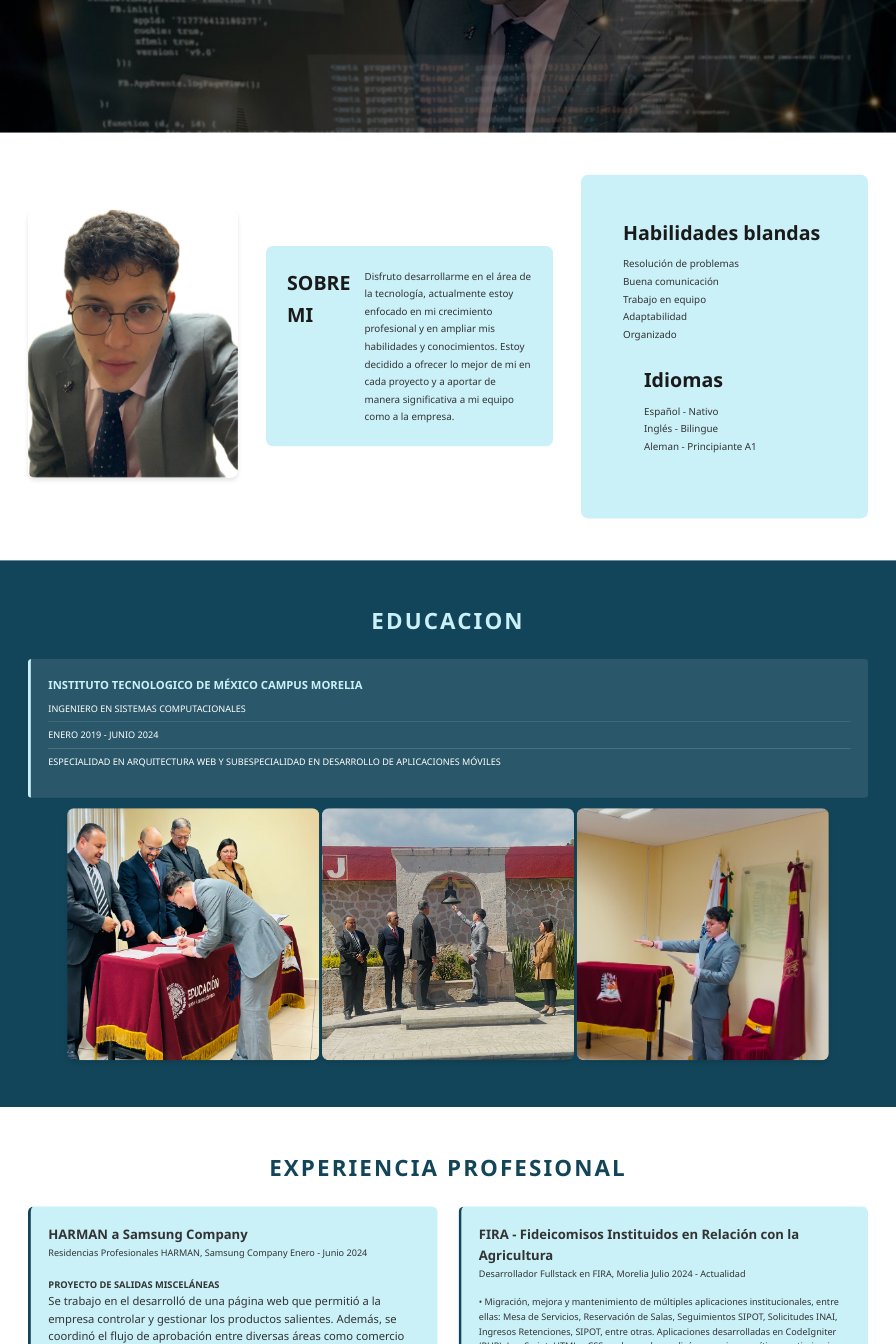
Repository: rafaelsilva2k/mi-portafolio
Page: index.html
These files come from the project's save history. The page is drawn as it stood at one moment and after the next save; the edit follows.
The browser window is 1280 px wide. The pictures show the part of the page from y = 411 to 2331 px (the page is 3414 px tall before and 3313 px after), at 70% of full size.

Above is the page before, as saved 2026-04-17 13:36:27.

### index.html
<!DOCTYPE html>
<html lang="en">
<head>
    <meta charset="UTF-8">
    <meta name="viewport" content="width=device-width, initial-scale=1.0">
    <title>Rafael Fabian Silva Zapien</title>
    <link rel="stylesheet" href="styles.css">
</head>
<body>
    <!-- HEADER: Nombre, Profesión y Menú de Navegación -->
    <header class="header">
        <div class="header-content">
            <div class="logo-section">
                <h1>Rafael Fabian Silva Zapien</h1>
                <p class="profession">INGENIERO EN SISTEMAS COMPUTACIONALES</p>
            </div>

            <nav class="navbar">
                <ul>
                    <li><a href="#sobre-mi">SOBRE MI</a></li>
                    <li><a href="#educacion">EDUCACION</a></li>
                    <li><a href="#experiencia">EXPERIENCIA</a></li>
                    <li><a href="#proyectos">PROYECTOS</a></li>
                    <li><a href="#contacto">CONTACTO</a></li>
                </ul>
            </nav>
        </div>
    </header>

    <!-- HERO SECTION: Imagen grande con texto "Desarrollador Web Fullstack" -->
     <section class="hero">
        <div class="hero-content">
            <h2>Desarrollador Web<br>Fullstack</h2>
        </div>
     </section>

     <!-- SECCIÓN SOBRE MÍ: Foto + Descripción -->
      <section id="sobre-mi" class="sobre-mi">
        <div class="sobre-mi-container">
            <div class="sobre-mi-foto">
                <img src="images/me.png" alt="Rafael Silva">
            </div>
            <div class="sobre-mi-texto">
                <h2>SOBRE MI</h2>
                <p>Disfruto desarrollarme en el área de la tecnología, actualmente estoy enfocado en mi crecimiento profesional y en ampliar mis habilidades y conocimientos. Estoy decidido a ofrecer lo mejor de mi en cada proyecto y a aportar de manera significativa a mi equipo como a la empresa.</p>
            </div>
            <div class="sobre-mi-texto">
                <div class="sobre-mi-habilidades">
                    <h2>Habilidades blandas</h2>
                    <p> Resolución de problemas <br> Buena comunicación <br> Trabajo en equipo  <br> Adaptabilidad <br> Organizado</p>
                <div>
                <div class="sobre-mi-habilidades">
                    <h2>Idiomas</h2>
                    <p>Español - Nativo <br> Inglés - Bilingue <br> Aleman - Principiante A1</p>
                </div>
            </div>
        </div>
      </section>

      <!--Seccion de Educacion-->
      <section id="educacion" class="educacion">
        <h2>EDUCACION</h2>
        <div class="educacion-content">
            <div class="educacion-item">
                <h4>INSTITUTO TECNOLOGICO DE MÉXICO CAMPUS MORELIA</h4>
                <p>INGENIERO EN SISTEMAS COMPUTACIONALES</p>
                <p>ENERO 2019 - JUNIO 2024</p>
                <p>ESPECIALIDAD EN ARQUITECTURA WEB Y SUBESPECIALIDAD EN DESARROLLO DE APLICACIONES MÓVILES</p>
            </div>
            <div class="education-item">
                <div class="education-photos">
                    <img src="images/FirmaTitulacion.jpeg">
                    <img src="images/campanaTitulacion.jpeg">
                    <img src="images/titulacion.jpeg">
                </div>
            </div>
        </div>
      </section>

      <section id="experiencia" class="experiencia">
        <h2>EXPERIENCIA PROFESIONAL</h2>
            <div class="experiencia-content">
                <div class="experiencia-item">
                    <h3>HARMAN a Samsung Company</h3>
                    <p>Residencias Profesionales HARMAN, Samsung Company Enero - Junio 2024 </p><br>
                    <h5>PROYECTO DE SALIDAS MISCELÁNEAS</h5>
                    <p></p>Se trabajo en el desarrolló de una página web que permitió a la empresa
                    controlar y gestionar los productos salientes. Además, se coordinó el flujo de
                    aprobación entre diversas áreas como comercio exterior, logística y seguridad. <br> <br>
                    <h5>PROYECTO COSTO DE BIENES VENDIDOS (COGS)</h5>
                    Se trabajo en la automatización el cálculo de COGS e implementó un módulo
                    que agiliza la obtención de datos para el reporte de COGS, logrando un análisis
                    más detallado y una representación gráfica eficaz de la información.</p>
                </div>
                <div class="experiencia-item">
                    <h3>FIRA - Fideicomisos Instituidos en Relación con la Agricultura</h3>
                    <p>Desarrollador Fullstack en FIRA, Morelia Julio 2024 - Actualidad <br> <br>
                    • Migración, mejora y mantenimiento de múltiples aplicaciones institucionales,
                    entre ellas: Mesa de Servicios, Reservación de Salas, Seguimientos SIPOT,
                    Solicitudes INAI, Ingresos Retenciones, SIPOT, entre otras.
                    Aplicaciones desarrolladas en CodeIgniter (PHP), JavaScript, HTML y CSS,
                    en las cuales realicé correcciones críticas, optimizaciones de rendimiento y
                    mejoras funcionales.
                    Implementación de consumo de APIs internas de FIRA (Capital Humano)
                    cuando fue requerido.
                    Sustitución de vistas de Capital Humano en base de datos por procesos
                    internos más eficientes.
                    Todas las aplicaciones intervenidas fueron migradas a SQL Server 2019. <br>
                    • Desarrollo de un módulo completo dentro de la aplicación Reservación de
                    Salas para la gestión y reservación de cargadores eléctricos para vehículos del
                    personal interno.<br>
                    • Colaboración en la aplicación Siniestralidad, desarrollada originalmente en
                    ASP, la cual fue migrada a SQL Server 2019 y sometida a una limpieza y
                    depuración general. Posteriormente se detectaron fallas en el funcionamiento y
                    realicé los ajustes necesarios para su correcta operación.<br>
                    • Participación en la migración de la aplicación Firma Electrónica, actualizando
                    la plataforma de Java 1.4 a Java 17, así como la migración de Tomcat y todos
                    los cambios estructurales requeridos para garantizar compatibilidad y
                    estabilidad.<br>
                    • Elaboración de documentación técnica detallada para todos los proyectos,
                    facilitando futuras tareas de mantenimiento, soporte y transferencia de
                    conocimiento dentro del equipo. Apoyo adicional en la preparación de
                    documentación para describir cambio</p>
                </div>
            </div>
      </section>

      <!--Seccion de proyectos-->
      <section id="proyectos" class="proyectos">
        <h2>PROYECTOS</h2>
        <div class="proyectos-content">
            <div class="proyectos-item">
                <h4>Primer proyecto</h4>
                <img src="" alt="Proyecto-1-name">
            </div>
            <div class="proyectos-item">
                <h4> Segundo proyecto</h4>
                <img src="" alt="Proyecto-2-name">
            </div>
            <div class="proyectos-item">
                <h4>Tercer proyecto</h4>
                <img src="" alt="proyecto-3-name">
            </div>
        </div>
      </section>

      <section id="contacto" class="contacto">
        <h2>Contacto</h2>
        <div class="contacto-content">
            <p>Email: rafaelsilva2k256@gmail.com</p>
            <p>LinkedIn: <a href="www.linkedin.com/in/rafael-fabian-silva-zapien-a124ba247">Perfil de Linkedin</a></p>
            <p>GitHub: <a href="#">Tu GitHub</a></p>
        </div>
      </section>

      <!--footer-->
      <footer class="footer">
        <p>&copy; 2024 Rafael Fabian Silva Zapien. Todos los derechos reservados.</p>
      </footer>

      <script src="script.js"></script>
</body>
</html>

### styles.css
/* ============================================
   RESET Y VARIABLES GLOBALES
   ============================================ */

* {
    margin: 0;
    padding: 0;
    box-sizing: border-box;
}

:root {
    --color-primary: #caf0f8;      /* Amarillo */
    --color-secondary: #124559;    /* Dorado/Marrón */
    --color-dark: #1a1a1a;         /* Negro */
    --color-text: #333333;         /* Texto gris oscuro */
    --color-white: #ffffff;        /* Blanco */
}

body {
    font-family: 'Segoe UI', Tahoma, Geneva, Verdana, sans-serif;
    color: var(--color-text);
    line-height: 1.6;
}

/* ============================================
   HEADER - Menú y nombre
   ============================================ */

.header {
    background-color: var(--color-primary);
    padding: 20px 0;
    border-bottom: 3px solid var(--color-secondary);
    position: sticky;
    top: 0;
    z-index: 100;
}

.header-content {
    max-width: 1200px;
    margin: 0 auto;
    padding: 0 20px;

    /* FLEXBOX: Alinea nombre a la izquierda y menú a la derecha */
    display: flex;
    justify-content: space-between;
    align-items: center;
}

.logo-section h1 {
    font-size: 24px;
    font-weight: bold;
    color: var(--color-dark);
}

.profession {
    font-size: 12px;
    color: var(--color-text);
    letter-spacing: 2px;
}

/* NAVEGACIÓN - Menú horizontal */
.navbar ul {
    list-style: none;

    /* FLEXBOX: Alinea los items del menú horizontalmente */
    display: flex;
    gap: 30px;
}

.navbar a {
    text-decoration: none;
    color: var(--color-text);
    font-size: 14px;
    font-weight: 500;
    transition: color 0.3s ease;
}

.navbar a:hover {
    color: var(--color-secondary);
}

/* ============================================
   HERO SECTION - Imagen grande
   ============================================ */

.hero {
    background: linear-gradient(rgba(0, 0, 0, 0.5), rgba(0, 0, 0, 0.5)),
                url('images/iaGeneratedMe.jpeg');
    background-size: cover;
    background-position: center;
    height: 500px;

    /* FLEXBOX: Centra el texto en el hero */
    display: flex;
    align-items: center;
    justify-content: center;
    text-align: center;
}

.hero-content h2 {
    font-size: 48px;
    color: var(--color-primary);
    font-weight: bold;
    text-shadow: 2px 2px 4px rgba(0, 0, 0, 0.7);
}

/* ============================================
   SECCIÓN SOBRE MÍ
   ============================================ */

.sobre-mi {
    padding: 60px 20px;
    background-color: var(--color-white);
}

.sobre-mi-container {
    max-width: 1200px;
    margin: 0 auto;

    /* FLEXBOX: Alinea foto a la izquierda y texto a la derecha */
    display: flex;
    gap: 40px;
    align-items: center;
}

.sobre-mi-foto {
    flex: 0 0 300px;  /* Ancho fijo de 300px */
}

.sobre-mi-foto img {
    width: 100%;
    border-radius: 10px;
    box-shadow: 0 4px 6px rgba(0, 0, 0, 0.1);
}

.sobre-mi-texto {
    flex: 1;  /* Ocupa el espacio restante */
    background-color: var(--color-primary);
    padding: 30px;
    border-radius: 10px;

    /* FLEXBOX AQUÍ - para alinear habilidades e idiomas lado a lado */
    display: flex;
    gap: 20px;
    align-items: flex-start;
}

.sobre-mi-texto h2 {
    font-size: 28px;
    margin-bottom: 10px;
    color: var(--color-dark);
}

.sobre-mi-texto h3 {
    font-size: 14px;
    letter-spacing: 2px;
    margin-bottom: 20px;
    color: var(--color-secondary);
}

.sobre-mi-texto p {
    font-size: 14px;
    line-height: 1.8;
    color: var(--color-text);
}

.sobre-mi-habilidades {
    flex: 1;  /* Ocupa el espacio restante */
    background-color: var(--color-primary);
    padding: 30px;
    border-radius: 10px;


}

/* ============================================
   SECCIÓN EDUCACIÓN
   ============================================ */

.educacion {
    padding: 60px 20px;
    background-color: var(--color-secondary);
    color: var(--color-white);
}

.educacion h2 {
    font-size: 32px;
    margin-bottom: 30px;
    text-align: center;
    color: var(--color-primary);
    letter-spacing: 3px;
}

.educacion-content {
    max-width: 1200px;
    margin: 0 auto;
}

.educacion-item {
    background-color: rgba(255, 255, 255, 0.1);
    padding: 25px;
    margin-bottom: 15px;
    border-left: 4px solid var(--color-primary);
    border-radius: 5px;
}

.educacion-item h4 {
    font-size: 16px;
    margin-bottom: 10px;
    color: var(--color-primary);
}

.educacion-item p {
    font-size: 13px;
    margin-bottom: 8px;
    padding-bottom: 8px;
    border-bottom: 1px solid rgba(255, 255, 255, 0.2);
}

.educacion-item p:last-child {
    border-bottom: none;
}

.education-photos {
    flex: 0 0 300px;  /* Ancho fijo de 300px */
    text-align: center;
}

.education-photos img {
    width: 30%;
    border-radius: 10px;
    box-shadow: 0 4px 6px rgba(0, 0, 0, 0.1);
}

/* ============================================
   SECCIÓN EXPERIENCIA
   ============================================ */

.experiencia {
    padding: 60px 20px;
    background-color: var(--color-white);
}

.experiencia h2 {
    font-size: 32px;
    margin-bottom: 30px;
    text-align: center;
    color: var(--color-secondary);
    letter-spacing: 3px;
}

.experiencia-content {
    max-width: 1200px;
    margin: 0 auto;

    /* FLEXBOX: Coloca los items uno al lado del otro */
    display: flex;
    gap: 30px;
}

.experiencia-item {
    flex: 1;
    background-color: var(--color-primary);
    padding: 25px;
    border-radius: 8px;
    border-left: 4px solid var(--color-secondary);
}

.experiencia-item h4 {
    font-size: 16px;
    margin-bottom: 10px;
    color: var(--color-dark);
}

.experiencia-item p {
    font-size: 13px;
    color: var(--color-text);
}

/* ============================================
   SECCIÓN PROYECTOS
   ============================================ */

.proyectos {
    padding: 60px 20px;
    background-color: var(--color-primary);
}

.proyectos h2 {
    font-size: 32px;
    margin-bottom: 30px;
    text-align: center;
    color: var(--color-secondary);
    letter-spacing: 3px;
}

.proyectos-content {
    max-width: 1200px;
    margin: 0 auto;

    /* FLEXBOX: Coloca las tarjetas en 3 columnas */
    display: flex;
    gap: 25px;
    justify-content: space-between;
}

.proyectos-item {
    flex: 1;
    background-color: var(--color-white);
    padding: 20px;
    border-radius: 8px;
    box-shadow: 0 2px 8px rgba(0, 0, 0, 0.1);
    transition: transform 0.3s ease;
}

.proyectos-item:hover {
    transform: translateY(-5px);
}

.proyectos-item h4 {
    font-size: 16px;
    margin-bottom: 15px;
    color: var(--color-dark);
}

.proyectos-item img {
    width: 100%;
    height: 200px;
    object-fit: cover;
    border-radius: 5px;
    background-color: var(--color-secondary);
}

/* ============================================
   SECCIÓN CONTACTO
   ============================================ */

.contacto {
    padding: 60px 20px;
    background-color: var(--color-secondary);
    color: var(--color-white);
    text-align: center;
}

.contacto h2 {
    font-size: 32px;
    margin-bottom: 30px;
    color: var(--color-primary);
    letter-spacing: 3px;
}

.contacto-content {
    max-width: 600px;
    margin: 0 auto;
    font-size: 14px;
    line-height: 2;
}

.contacto-content a {
    color: var(--color-primary);
    text-decoration: none;
    font-weight: bold;
}

.contacto-content a:hover {
    text-decoration: underline;
}

/* ============================================
   FOOTER
   ============================================ */

.footer {
    background-color: var(--color-dark);
    color: var(--color-white);
    text-align: center;
    padding: 20px;
    font-size: 12px;
}

/* ============================================
   RESPONSIVE - Para dispositivos móviles
   ============================================ */

@media (max-width: 768px) {
    .header-content {
        flex-direction: column;
        gap: 20px;
    }

    .navbar ul {
        gap: 15px;
        font-size: 12px;
    }

    .sobre-mi-container {
        flex-direction: column;
    }

    .sobre-mi-foto {
        flex: 0 0 200px;
    }

    .experiencia-content {
        flex-direction: column;
    }

    .proyectos-content {
        flex-direction: column;
    }

    .hero-content h2 {
        font-size: 32px;
    }
}

Loaded but not shown: script.js (no copy from this time; the picture is the same without it)

After the next save:
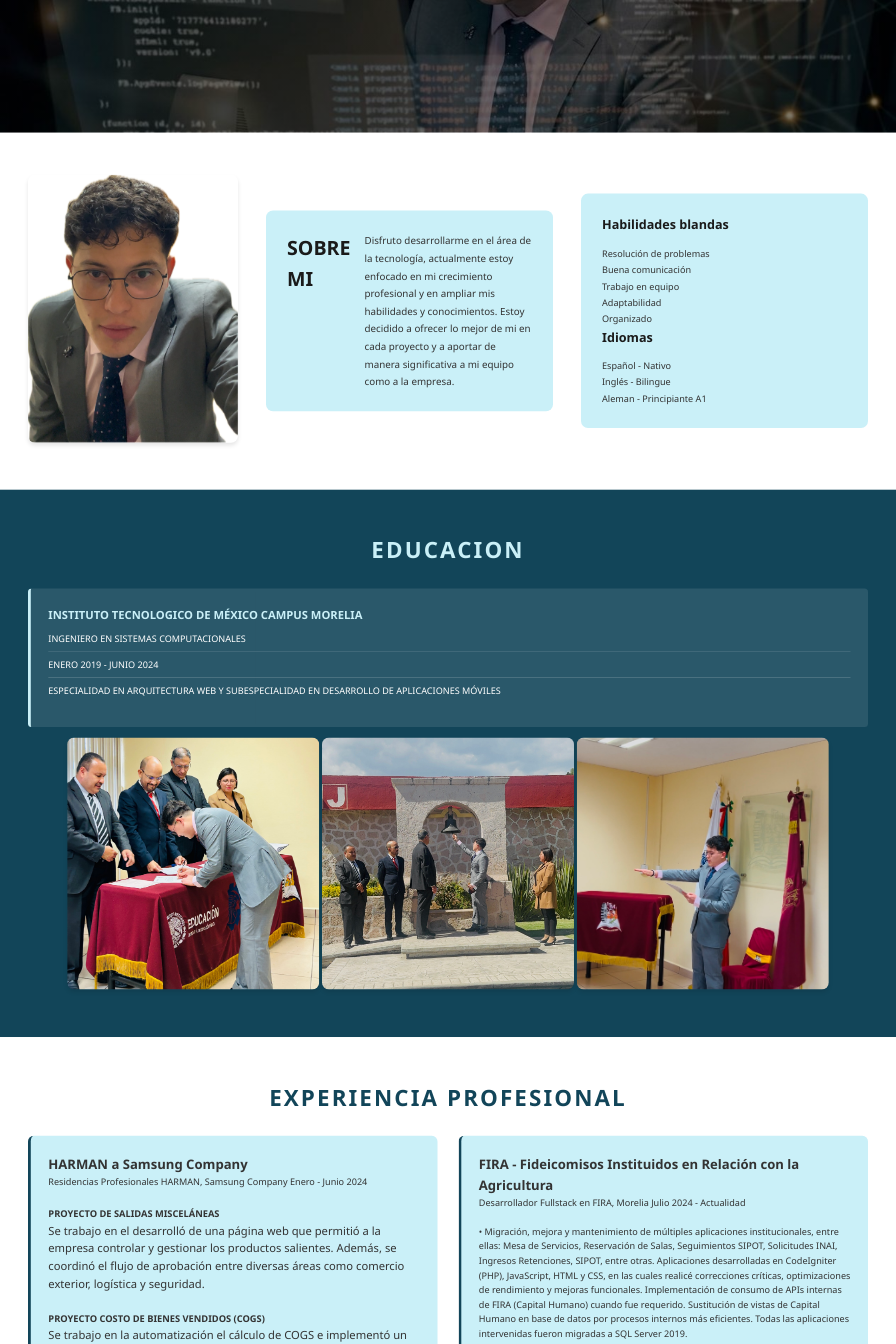
Saved 34 s later.
--- a/styles.css
+++ b/styles.css
@@ -164,13 +164,21 @@ body {
     color: var(--color-text);
 }
 
+/* Los dos divs (habilidades e idiomas) */
 .sobre-mi-habilidades {
-    flex: 1;  /* Ocupa el espacio restante */
-    background-color: var(--color-primary);
-    padding: 30px;
-    border-radius: 10px;
-
-
+    flex: 1;  /* Cada uno ocupa mitad del espacio */
+}
+
+.sobre-mi-habilidades h2 {
+    font-size: 18px;
+    margin-bottom: 15px;
+    color: var(--color-dark);
+}
+
+.sobre-mi-habilidades p {
+    font-size: 13px;
+    line-height: 1.8;
+    color: var(--color-text);
 }
 
 /* ============================================
